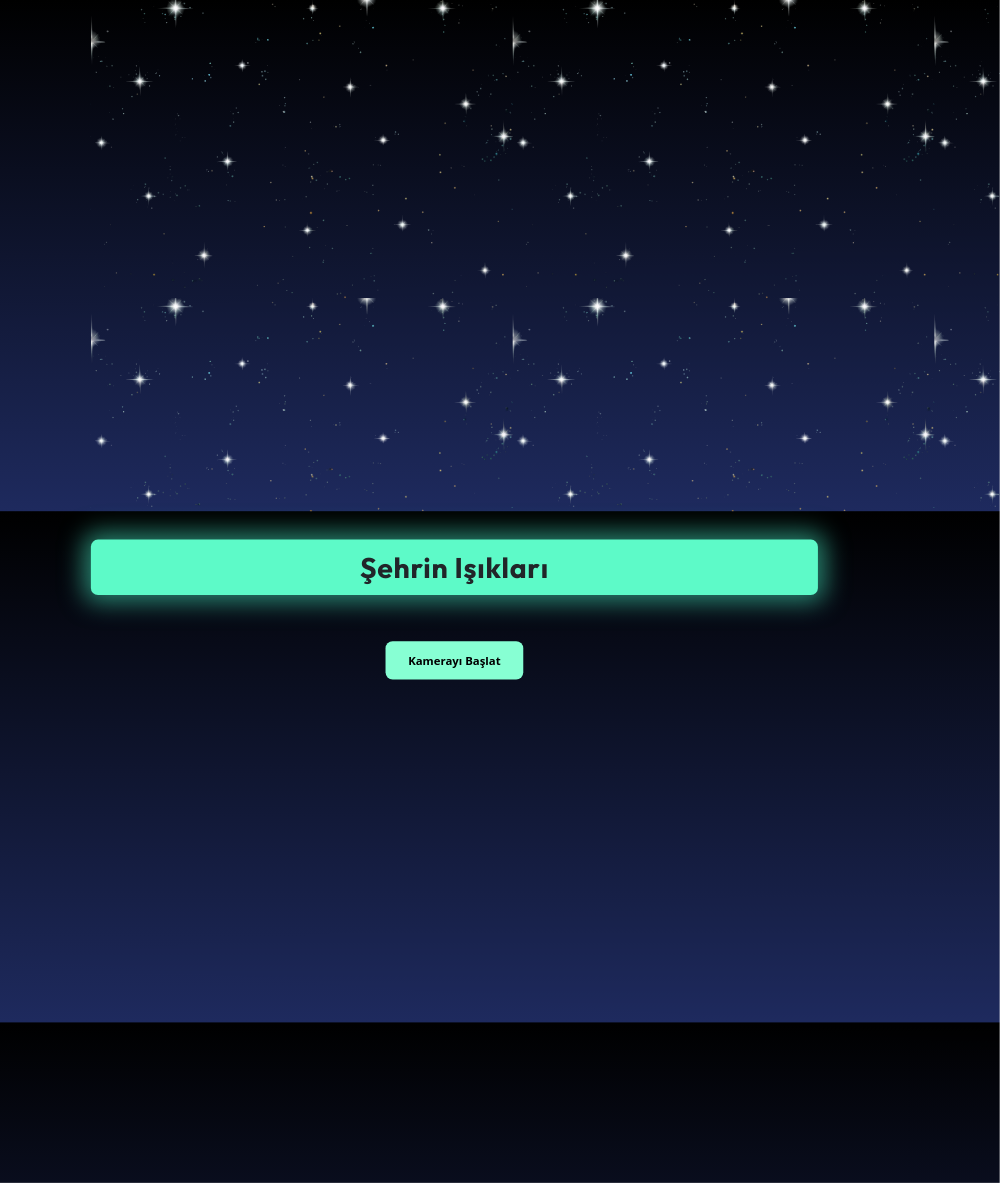
Repository: BiranOrundas/CameraQR
Page: index.html
The author's editor kept a copy of each file at every save. The page is drawn from the files as they stood at one save, then again after the next save.
The browser window is 1280 px wide. The page is 1408 px wide, so the pictures cover 1408 px, including what lies to the right of the window. The pictures show the whole page, at 71% of full size.

Above is the page before, as saved 2024-08-29 15:41:37.

After the next save:
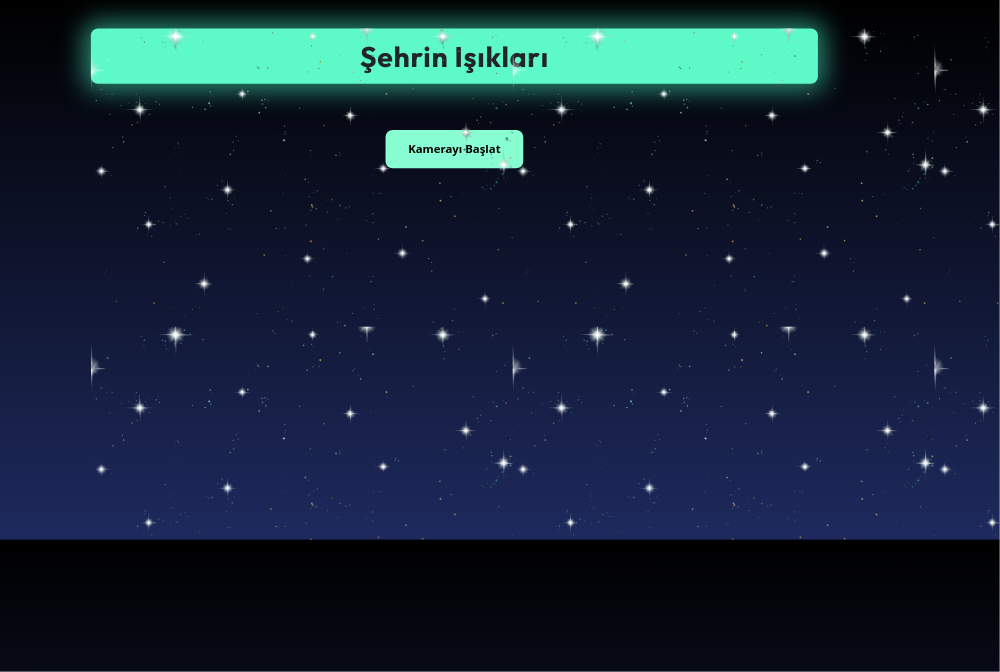
Saved 10 s later.
--- a/style.css
+++ b/style.css
@@ -10,7 +10,7 @@
 }
 
 #stars{
-  position: relative;
+  position: absolute;
   background-image: url(stars.png);
   height: 100vh;
   width: 100vw;
